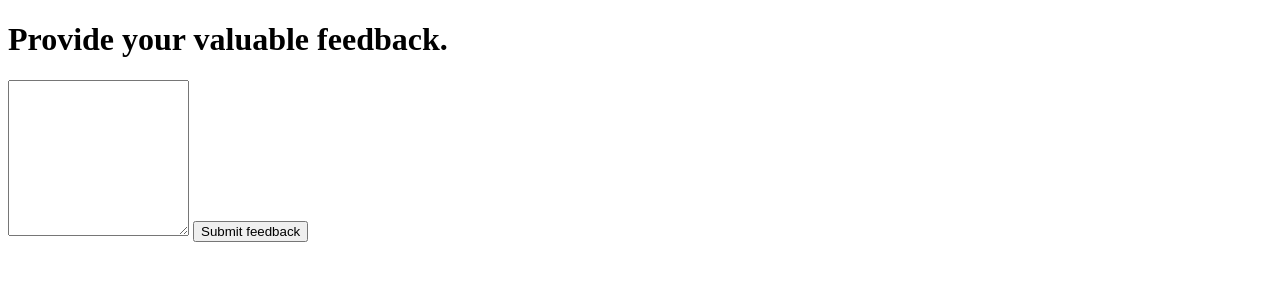
Repository: alph-a07/Java-EE
Page: http://localhost/FeedBackPage/SubmitFeedback.jsp
The author's editor kept a copy of each file at every save. The page is drawn from the files as they stood at one save, then again after the next save.
The browser window is 1280 px wide. The pictures show the whole page.
The page is served by Tomcat 9. Other server files are loaded and not shown.

Above is the page before, as saved 2023-01-21 10:46:35.

### FeedBackPage/src/main/webapp/SubmitFeedback.jsp
<%@ page language="java" contentType="text/html; charset=ISO-8859-1"
	pageEncoding="ISO-8859-1"%>

<!DOCTYPE html>

<html>

	<head>
	<meta charset="ISO-8859-1">
	<title>Feedback page</title>
	</head>

	<body>
		<h1>Provide your valuable feedback.</h1>


		<form action="feedbackReceieved" method="post">
			<textarea rows=10 name="feedbackParam"></textarea>
			<input type="submit" name="submit" value="Submit feedback" />
		</form>
	</body>

</html>

After the next save:
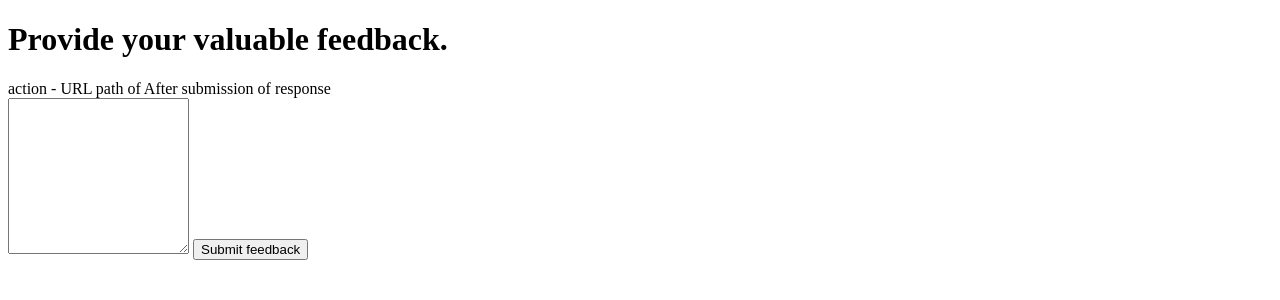
Saved 16 s later.
--- a/FeedBackPage/src/main/webapp/SubmitFeedback.jsp
+++ b/FeedBackPage/src/main/webapp/SubmitFeedback.jsp
@@ -13,7 +13,7 @@
 	<body>
 		<h1>Provide your valuable feedback.</h1>
 
-
+		action - URL path of After submission of response
 		<form action="feedbackReceieved" method="post">
 			<textarea rows=10 name="feedbackParam"></textarea>
 			<input type="submit" name="submit" value="Submit feedback" />
